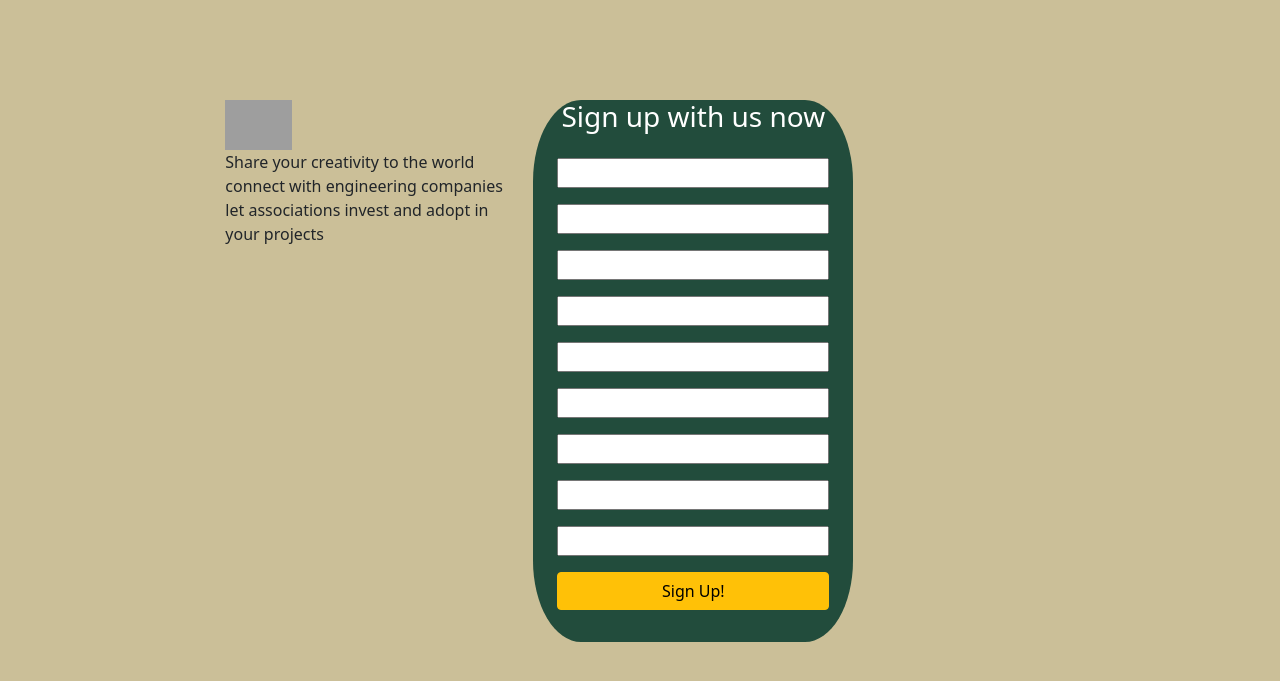
Repository: ahmadjamal-1997/Project-Taqadam
Page: http://localhost/Taqadam/WEB-INF/registrationstudent.jsp
An editor plug-in stored every save of this project. The page is shown before and after the next save, followed by the edit.
The browser window is 1280 px wide. The pictures show the whole page.
Pictures or frames that could not be fetched are drawn as grey boxes. The page is served by Tomcat 9. Nobody is signed in. The template is opened directly, without the code that normally fills it, so the values that code supplies are empty.

Above is the page before, as saved 2022-03-31 08:05:32.

After the next save:
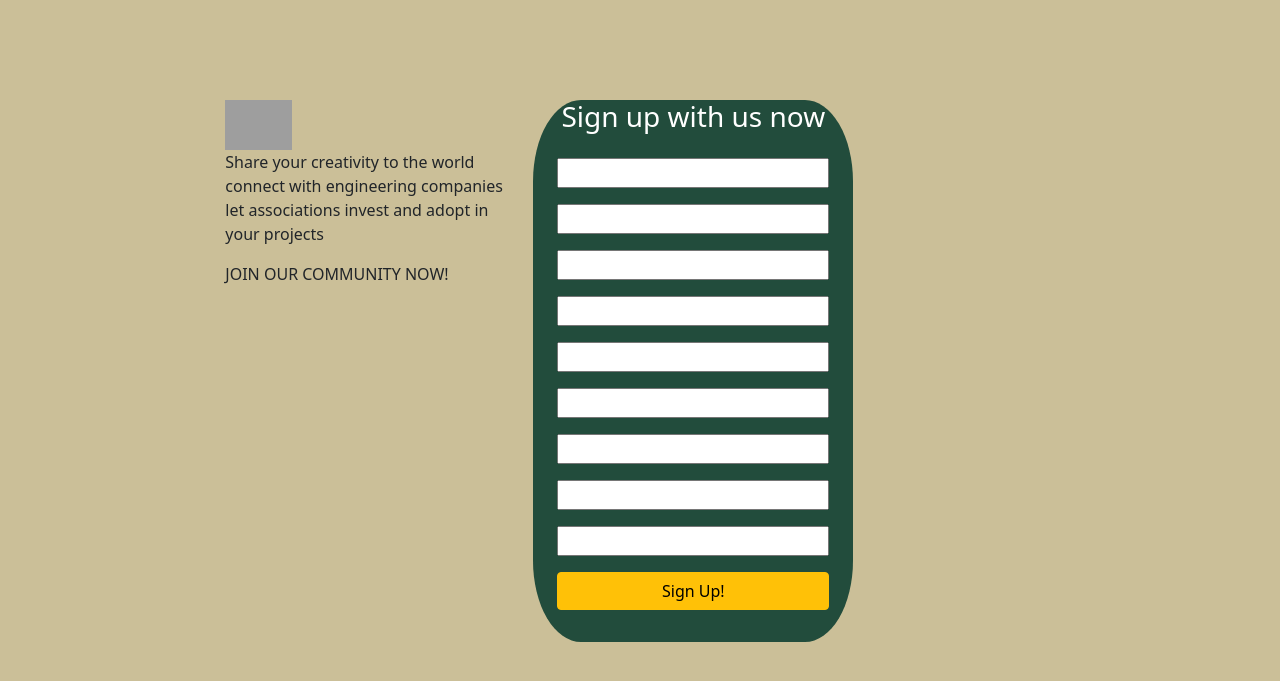
Saved 4 min 31 s later.
--- a/Taqadam-new/Taqadam-java/Taqadam-new/Taqadam/src/main/webapp/WEB-INF/registrationstudent.jsp
+++ b/Taqadam-new/Taqadam-java/Taqadam-new/Taqadam/src/main/webapp/WEB-INF/registrationstudent.jsp
@@ -32,8 +32,10 @@
             <div class="col-2"></div>
             <div class="col-3">
                 <img src="/photo/taqdam-01.png" alt="logo">
-                <p>Share your creativity to the world<br>connect with engineering companies<br>
+                <p class="par">Share your creativity to the world<br>connect with engineering companies<br>
                 let associations invest and adopt in<br>your projects</p>
+                <p class="par">JOIN OUR COMMUNITY NOW!</p>
+                <p class="par"><i class="bi bi-instagram"></i><i class="bi bi-twitter"></i><i class="bi bi-facebook"></i></p>
             </div>
             <div class="col-3 form">
                     <h3 style="color: white;">Sign up with us now</h3>
